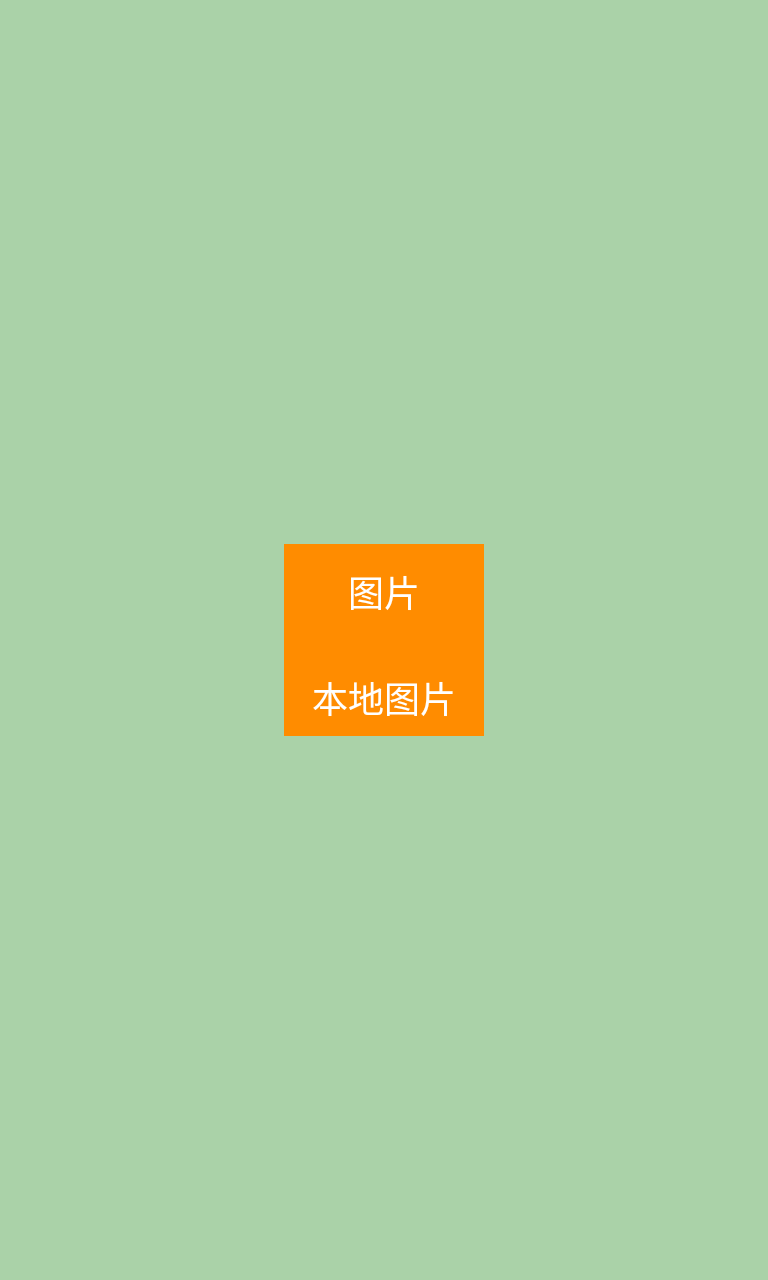
Repository: taiyang0725/Android
Layout: TestViewPage/res/layout/b.xml
An editor plug-in stored every save of this project. The layout is shown before and after the next save, followed by the edit.
It is drawn on a 768 x 1280 px phone screen (xhdpi) without system bars, with theme AppTheme; the app's code is not run.

Above is the layout before, as saved 2015-05-14 03:41:39.

After the next save:
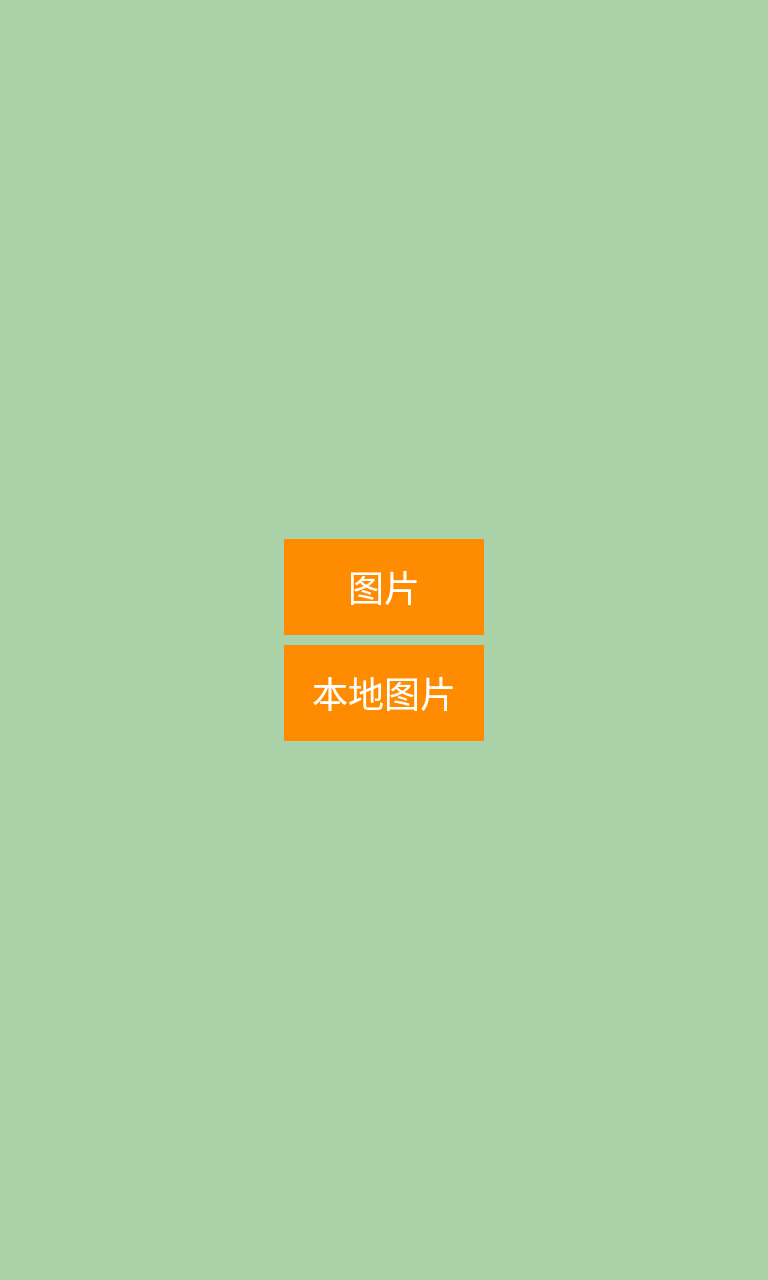
Saved 15 s later.
--- a/TestViewPage/res/layout/b.xml
+++ b/TestViewPage/res/layout/b.xml
@@ -22,7 +22,7 @@
         android:id="@+id/btn_pic_local"
         android:layout_width="100dp"
         android:layout_height="wrap_content"
-        android:paddingTop="10dp"
+        android:layout_marginTop="5dp"
         android:background="#FF8C00"
        android:textColor="#FFFFFF"
         android:text="本地图片"
